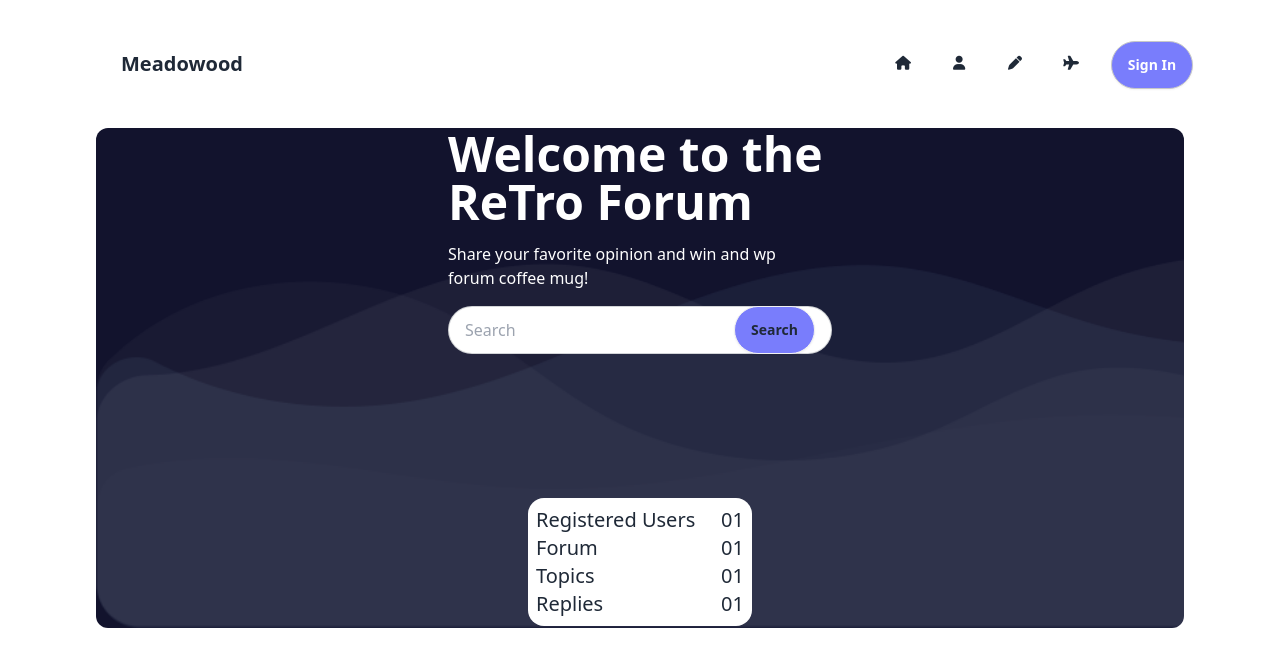
Repository: RudrasahaDibos/Meadowood-Forum
Page: index.html
The author's editor kept a copy of each file at every save. The page is drawn from the files as they stood at one save, then again after the next save.
The browser window is 1280 px wide. The pictures show the whole page.
Some web libraries are served in a nearby version.

Above is the page before, as saved 2024-11-24 12:58:45.

### index.html
<!DOCTYPE html>
<html lang="en">
    <head>
        <meta charset="UTF-8">
        <meta name="viewport" content="width=device-width, initial-scale=1.0">
        <title>Meadowood Forum</title>

        <!-- tailwind  -->
        <link
            href="https://cdn.jsdelivr.net/npm/daisyui@4.12.14/dist/full.min.css"
            rel="stylesheet" type="text/css" />
        <script src="https://cdn.tailwindcss.com"></script>

        <!-- font awesome  -->
        <link rel="stylesheet"
            href="https://cdnjs.cloudflare.com/ajax/libs/font-awesome/6.7.1/css/all.min.css"
            integrity="sha512-5Hs3dF2AEPkpNAR7UiOHba+lRSJNeM2ECkwxUIxC1Q/FLycGTbNapWXB4tP889k5T5Ju8fs4b1P5z/iB4nMfSQ=="
            crossorigin="anonymous" referrerpolicy="no-referrer" />

    </head>
    <body class="container mx-auto lg:px-24 px-8">
        <!-- header is start here  -->
        <header class="mt-8">
            <!-- navbar is start here  -->
            <div class="navbar bg-base-100">
                <div class="flex-1">
                    <a class="btn btn-ghost text-xl">Meadowood</a>
                </div>
                <div class="flex-none">
                    <div class="dropdown dropdown-end mr-6">
                        <div  role="button"
                            class="btn btn-ghost btn-circle flex w-full  ">
                            <div class="indicator rounded-full border-1 h-8 w-8 mr-4 tooltip" data-tip="home">
                                <i class="fa-solid fa-house h-5 w-5 mx-auto mt-2"></i>
                            </div>
                            <div class="indicator rounded-full border-1 h-8 w-8 mr-4 tooltip" data-tip="User">
                                <i class="fa-solid fa-user h-5 w-5 mx-auto mt-2"></i>
                            </div>
                            <div class="indicator rounded-full border-1 h-8 w-8 mr-4 tooltip" data-tip="pen">
                                <i class="fa-solid fa-pen h-5 w-5 mx-auto mt-2"></i>
                            </div>
                            <div class="indicator rounded-full border-1 h-8 w-8 mr-4 tooltip" data-tip="flight">
                                <i class="fa-solid fa-plane h-5 w-5 mx-auto mt-2"></i>
                            </div>
                        </div>

                    </div>
                    <div class="dropdown dropdown-end">
                        <div tabindex="0" role="button"
                            class="btn btn-ghost btn-circle avatar">

                                <button class="btn btn-active bg-[#797DFC] text-white rounded-full ">Sign In</button>

                        </div>
                        <ul
                            tabindex="0"
                            class="menu menu-sm dropdown-content bg-base-100 rounded-box z-[1] mt-3 w-52 p-2 shadow">
                            <li>
                                <a class="justify-between">
                                    Profile
                                    <span class="badge">New</span>
                                </a>
                            </li>
                            <li><a>Settings</a></li>
                            <li><a>Logout</a></li>
                        </ul>
                    </div>
                </div>
            </div>
            <!-- navbar is  end here  -->

             <!-- bannner start here  -->
             <div class="lg:w-full w-[450px] relative bg-no-repeat bg-cover h-[500px] z-0 rounded-xl overflow-hidden mt-8 bg-[#12132D]" style="background-image: url('/images/bgbanner.png');">
                <div class="relative top-0 left-0 w-full h-full z-10  lg:flex flex-row flex-col justify-center items-center gap-28 space-y-8">

                  <div class="space-y-4">
                    <h2 class="text-5xl font-extrabold font-manrope text-white">Welcome to the <br> ReTro Forum</h2>
                    <p class="text-white">Share your favorite opinion and win and wp <br> forum coffee mug!</p>
                    <label class="input input-bordered flex items-center gap-2 w-96 rounded-full">
                        <input type="text" class="grow" placeholder="Search" />
                         <button class="btn bg-[#797DFC] rounded-full">Search</button>
                      </label>
                  </div>

                   <div>
                    <ul class="menu bg-[#FFFFFF] rounded-box w-56">

                        <div class="flex justify-between"><a class="text-xl ">Registered Users</a><a class="text-xl ">01</a></div>
                        <div class="flex justify-between"><a class="text-xl ">Forum</a><a class="text-xl">01</a></div>
                        <div class="flex justify-between"><a class="text-xl ">Topics</a><a class="text-xl">01</a></div>
                        <div class="flex justify-between"><a class="text-xl ">Replies</a><a class="text-xl ">01</a></div>
                      </ul>
                   </div>

                </div>
                </div>
             <!-- bannner end here  -->




        </header>
        <!-- header is end here  -->

        <!-- main is start here  -->
        <main>

        </main>
        <!-- main is end here  -->

        <!-- footer is start here  -->

        <!-- footer is end here  -->
    </body>
</html>

After the next save:
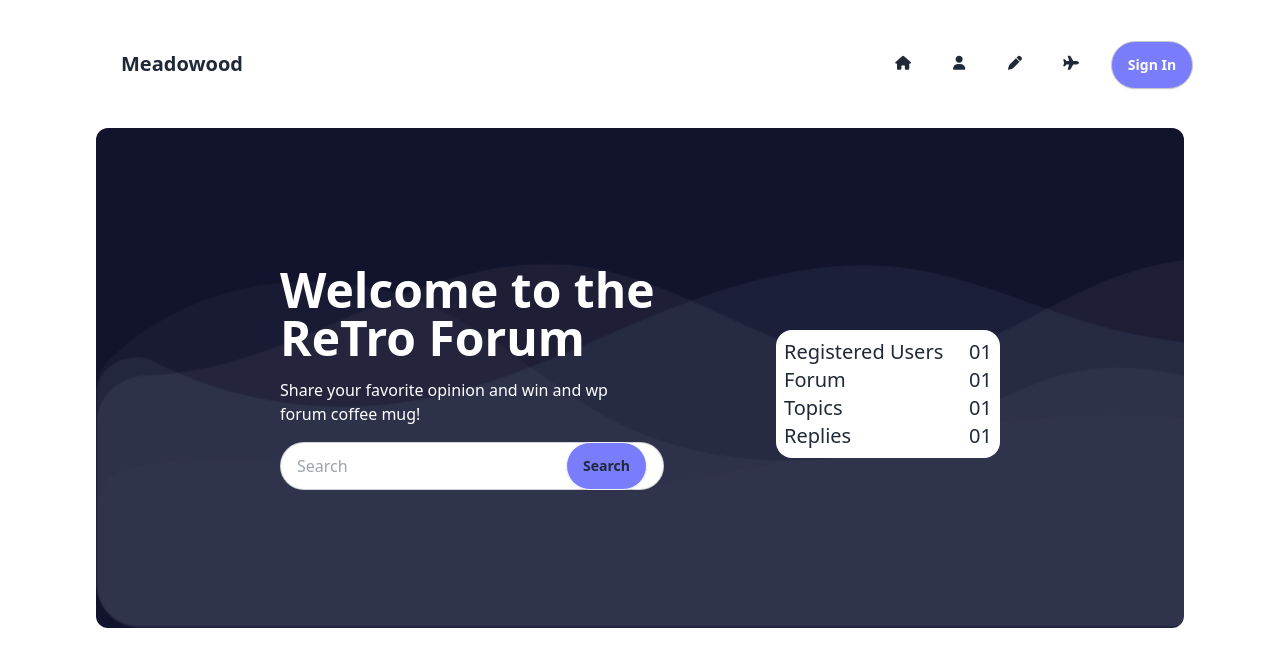
Saved 4 s later.
--- a/index.html
+++ b/index.html
@@ -71,7 +71,7 @@
 
              <!-- bannner start here  -->
              <div class="lg:w-full w-[450px] relative bg-no-repeat bg-cover h-[500px] z-0 rounded-xl overflow-hidden mt-8 bg-[#12132D]" style="background-image: url('/images/bgbanner.png');">
-                <div class="relative top-0 left-0 w-full h-full z-10  lg:flex flex-row flex-col justify-center items-center gap-28 space-y-8">
+                <div class="relative top-0 left-0 w-full h-full z-10  lg:flex lg:flex-row flex-col justify-center items-center gap-28 space-y-8">
 
                   <div class="space-y-4">
                     <h2 class="text-5xl font-extrabold font-manrope text-white">Welcome to the <br> ReTro Forum</h2>
